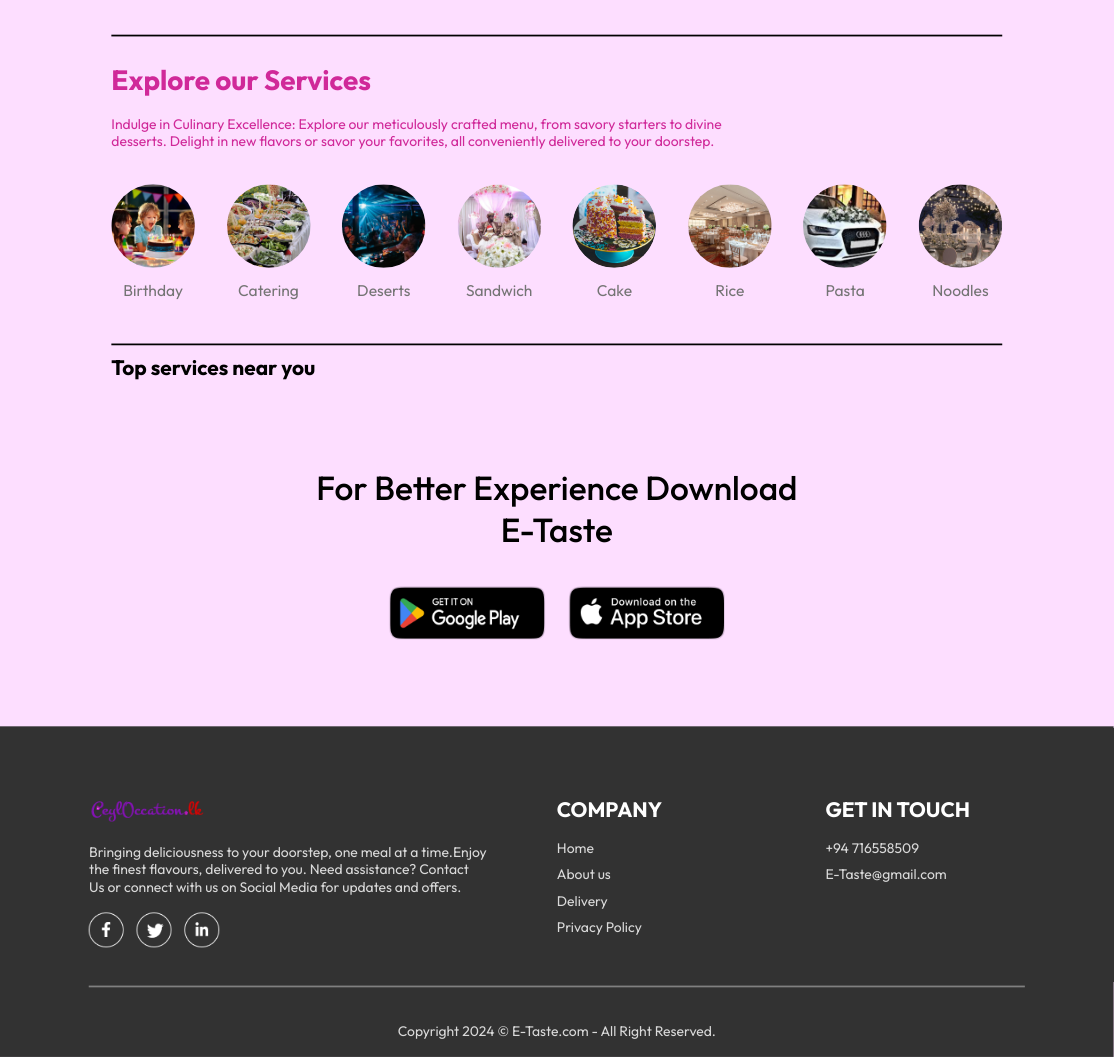
Repository: Abhiranda/Ceyloccation.lk
Page: / (app in frontend/)
These files come from the project's save history. The page is drawn as it stood at one moment and after the next save; the edit follows.
The browser window is 1280 px wide. The pictures show the part of the page from y = 624 to 1839 px (the page is 1839 px tall), at 87% of full size.
The page's requests for data from a server got no answer. The project was rebuilt for these pictures with package versions that can differ from the ones it lists, and the page was loaded fresh each time. No one was signed in, and anything a server would have sent is missing. Also part of the build but not shown: frontend/vite.config.js, frontend/src/pages/PlaceOrder/PlaceOrder.css, frontend/src/pages/PlaceOrder/PlaceOrder.jsx, frontend/src/components/ServiceDisplay/ServiceDisplay.css, frontend/src/components/ServiceItem/ServiceItem.css, frontend/src/components/ServiceItem/ServiceItem.jsx, frontend/src/pages/Cart/Cart.css, frontend/src/pages/Cart/Cart.jsx and 6 more.

Above is the page before, as saved 2024-06-07 13:58:50.

### frontend/index.html
<!doctype html>
<html lang="en">
  <head>
    <meta charset="UTF-8" />
    <link rel="icon" type="" href="./logo.png" />
    <meta name="viewport" content="width=device-width, initial-scale=1.0" />
    <title>Ceyloccation.lk</title>
  </head>
  <body>
    <div id="root"></div>
    <script type="module" src="/src/main.jsx"></script>
  </body>
</html>

### frontend/src/main.jsx
import React from 'react'
import ReactDOM from 'react-dom/client'
import App from './App.jsx'
import './index.css'
import {BrowserRouter}from 'react-router-dom'
import StoreContextProvider from './context/StoreContext.jsx'


ReactDOM.createRoot(document.getElementById('root')).render(
  <BrowserRouter>
    <StoreContextProvider>
      <App />
    </StoreContextProvider>
  </BrowserRouter>
)

### frontend/src/App.jsx
import React, { useState } from 'react'
import Navbar from './components/Navbar/Navbar'
import { Route, Routes } from 'react-router-dom'
import PlaceOrder from './pages/PlaceOrder/PlaceOrder'
import Home from './pages/Home/Home'
import Cart from './pages/Cart/Cart'
import Footer from './components/Footer/Footer'
import LoginPopup from './components/LoginPopup/LoginPopup'
import Verify from './pages/Verify/Verify'
import MyOrders from './pages/MyOrders/MyOrders'



const App = () => {

  const[showLogin,setShowLogin]=useState(false)

  return (
    <>
    {showLogin?<LoginPopup setShowLogin={setShowLogin}/>:<></>}
    <div className='app'>
      <Navbar setShowLogin={setShowLogin}/>
      <Routes>
        <Route path='/' element={<Home/>}/>
        <Route path='/cart' element={<Cart/>}/>
        <Route path='/order' element={<PlaceOrder/>}/>
        <Route path='/verify' element={<Verify/>}/>
        <Route path='/myorders' element={<MyOrders/>}/>


      </Routes>
    </div>
    <Footer/>
    </>
  )
}

export default App

### frontend/src/index.css
@import url('https://fonts.googleapis.com/css2?family=Outfit:wght@100..900&display=swap');

*{
  padding:0;
  margin:0;
  box-sizing: border-box;
  font-family: outfit;
  scroll-behavior: smooth;
}

body{
  min-height: 100vh;
  background-color: rgba(242, 0, 255, 0.129);
}

a{
  text-decoration: none;
  color: inherit;
}

.app{
  width: 80%;
  margin: auto;
}


/*creade fadein when refreshing the page*/
@keyframes fadeIn{
  0%{
    opacity: 0;
  }
  100%{
    opacity: 1;
  }
}

### frontend/src/context/StoreContext.jsx
import axios from "axios";
import { createContext, useEffect, useState } from "react";

export const StoreContext = createContext(null)

const StoreContextProvider = (props) => {

    const [cartItems, setCartItems] = useState({});
    const url = "http://localhost:4000";
    const [token,setToken] = useState("");
    const [service_list,setServiceList] = useState([])


    const addToCart = async (itemId) => {
        if (!cartItems[itemId]) {
            setCartItems((prev) => ({ ...prev, [itemId]: 1 }))
        }
        else {
            setCartItems((prev) => ({ ...prev, [itemId]: prev[itemId] + 1 }))
        }
        if (token) {
            await axios.post(url+"/api/cart/add",{itemId},{headers:{token}})
        }
    }

    const removeFromCart = async (itemId) => {
        setCartItems((prev) => ({ ...prev, [itemId]: prev[itemId] - 1 }));
        if (token) {
            await axios.post(url+"/api/cart/remove",{itemId},{headers:{token}})
        }

    }

    const getTotalCartAmount = () => {
        let totalAmount = 0;
        for (const item in cartItems) {
            if (cartItems[item] > 0) {
                let itemInfo = service_list.find((product) => product._id === item);
                totalAmount += itemInfo.price * cartItems[item];
            }

        }
        return totalAmount;
    }

    const fetchServiceList = async ()=>{
        const response = await axios.get(url+"/api/service/list")
        setServiceList(response.data.data)
    }

    const loadCartData = async (token)=>{
        const response = await axios.post(url+"/api/cart/get",{},{headers:{token}});
        setCartItems(response.data.cartData);
    }

    useEffect(()=>{
        async function loadData(){
            await fetchServiceList();
            if (localStorage.getItem("token")) {
                setToken(localStorage.getItem("token"));
                await loadCartData(localStorage.getItem("token"));
            }
        }
        loadData();
    },[])

    const contextValue = {
        service_list,
        cartItems,
        setCartItems,
        addToCart,
        removeFromCart,
        getTotalCartAmount,
        url,
        token,
        setToken
    }

    return (
        <StoreContext.Provider value={contextValue}>
            {props.children}
        </StoreContext.Provider>
    )

}

export default StoreContextProvider

### frontend/src/components/Navbar/Navbar.jsx
import React, { useContext, useState } from 'react'
import './Navbar.css'
import { assets } from '../../assets/assets'
import { Link, useNavigate } from 'react-router-dom';
import { StoreContext } from '../../context/StoreContext';

const Navbar = ({setShowLogin}) => {

    const[menu,setMenu]=useState("Home");

    const {getTotalCartAmount,token,setToken}=useContext(StoreContext);

    const navigate = useNavigate();

    const logout = () =>{
      localStorage.removeItem("token");
      setToken("");
      navigate("/")   //redirected to home page
    }

  return (
    <div className='navbar'>
      <Link to='/'><img src={assets.logo} alt="logo" className='logo'/></Link>
      <ul className='navbar-menu'>
        <Link to='/' onClick={()=>setMenu("Home")} className={menu==='Home'?'active':''}>Home</Link>
        <a href='#explore-menu' onClick={()=>setMenu("Menu")} className={menu==='Menu'?'active':''}>Services</a>
        <a href='#app-download' onClick={()=>setMenu("Mobile-app")} className={menu==='Mobile-app'?'active':''}>Mobile-app</a>
        <a href='#footer' onClick={()=>setMenu("About-us")} className={menu==='About-us'?'active':''}>About us</a>
      </ul>
      <div className='navbar-right'>
        <img src={assets.search_icon} alt="search_icon" />
        <div className='navbar-search-icon'>
            <Link to='/cart'><img src={assets.basket_icon} alt="basket_icon"/></Link>
            {/**count of basket items (Number of items in the cart) **/}
            <div className={getTotalCartAmount()===0?"":"dot"}></div>
        </div>
        {!token?<button onClick={()=>setShowLogin(true)}>Sign in</button>
        :<div className='navbar-profile'>
          <img src={assets.profile_icon} alt="" />
          <ul className="navbar-profile-dropdown">
            <li onClick={()=>navigate('/myorders')}><img src={assets.bag_icon} alt='bag_icon' /><p>Orders</p></li>
            <hr/>
            <li onClick={logout}><img src={assets.logout_icon} alt='logout_icon' /><p>Logout</p></li>

          </ul>
        </div>}

      </div>
    </div>
  )
}

export default Navbar

### frontend/src/pages/Home/Home.jsx
import React, { useState } from 'react'
import './Home.css'
import Header from '../../components/Header/Header'
import ExploreMenu from '../../components/ExploreMenu/ExploreMenu'
import ServiceDisplay from '../../components/ServiceDisplay/ServiceDisplay'
import AppDownload from '../../components/AppDownload/AppDownload'

const Home = () => {

  //create state variable
  const[category,setCategory]=useState("All");

  return (
    <div>
      <Header/>
      <ExploreMenu category={category} setCategory={setCategory}/>
      <ServiceDisplay category={category}/>
      <AppDownload/>
    </div>
  )
}

export default Home

### frontend/src/components/Footer/Footer.jsx
import React from 'react'
import './Footer.css'
import { assets } from '../../assets/assets'


const Footer = () => {
  return (
    <div className='footer' id='footer'>
        <div className="footer-content">
            <div className="footer-content-left">
                <img src={assets.logo} alt=''/>
                <p>Bringing deliciousness to your doorstep, one meal at a time.Enjoy the finest flavours, delivered to you. Need assistance? Contact Us or connect with us on Social Media for updates and offers.</p>
                <div className="footer-social-icons">
                    <img src={assets.facebook_icon} alt=''/>
                    <img src={assets.twitter_icon} alt=''/>
                    <img src={assets.linkedin_icon} alt=''/>
                </div>
            </div>
            <div className="footer-content-center">
                <h2>COMPANY</h2>
                <ul>
                    <li>Home</li>
                    <li>About us</li>
                    <li>Delivery</li>
                    <li>Privacy Policy</li>
                </ul>
            </div>
            <div className="footer-content-right">
                <h2>GET IN TOUCH</h2>
                <ul>
                    <li>+94 716558509</li>
                    <li>E-Taste@gmail.com</li>
                </ul>
            </div>

        </div>
        <hr/>
        <p className="footer-copyright">Copyright 2024 © E-Taste.com - All Right Reserved.</p>
    </div>
  )
}

export default Footer

### frontend/src/components/Navbar/Navbar.css
.navbar{
    padding: 20px 40px;
    display: flex;
    justify-content: space-between;
    align-items: center;
}

.navbar.logo{
    width: 170px;
    height: 34px;

}

.navbar-menu{
    display: flex;
    list-style: none;
    gap: 20px;
    color: #1154A5;
    font-size: 18px;
    align-items: center;
}

.navbar-right{
    display: flex;
    align-items: center;
    gap: 40px;
}

.navbar button{
    background-color: transparent;
    font-size: 16px;
    color: #1154A5;
    border:1px solid #1154A5 ;
    padding: 10px 30px;
    border-radius: 50px;
    cursor: pointer;
}

.navbar button:hover{
    background-color:#948EE8;
    color: rgb(0, 0, 0);
}

.navbar .active{
    padding-bottom: 2px;
    border-bottom: 4px solid #C0268D;
    color: #000000;
}

.navbar li{
    cursor: pointer;
}

.navbar-search-icon{
    position: relative;
}

.navbar-search-icon .dot{
    position: absolute;
    min-width: 10px;
    min-height: 10px;
    background-color: rgb(189, 0, 158);
    border-radius: 5px;
    top: -8px;
    right: -8px;
}

.navbar-profile{
   position: relative;
}

.navbar-profile-dropdown{
    position: absolute;
    display: none;
    right: 0;
    z-index: 1;
}

.navbar-profile:hover .navbar-profile-dropdown{
    display: flex;
    flex-direction: column;
    gap: 10px;
    background-color: #fff2ef;
    padding: 12px 25px;
    border-radius: 4px;
    border: 1px solid #2d24b1;
    outline: 2px solid white;
    list-style: none;

}

.navbar-profile-dropdown li{
    display: flex;
    align-items: center;
    gap: 10px;
    cursor: pointer;
}

.navbar-profile-dropdown img{
    width: 20px;
}

.navbar-profile-dropdown li:hover{
   color: #2d24b1;
}

@media(max-width:1050px){
    .navbar .logo{
        width: 140px;
    }
    .navbar-menu{
        gap:20px;
        font-size: 17px;
    }
    .navbar-right{
        gap: 30px;
    }
    .navbar-right img{
        width: 22px;
    }
    .navbar-right button{
        pad: 8px 25px;
    }
}

@media(max-width:900px){
    .navbar .logo{
        width: 120px;
    }
    .navbar-menu{
        gap:15px;
        font-size: 16px;
    }
    .navbar-right{
        gap: 20px;
    }
    .navbar-right img{
        width: 20px;
    }
    .navbar-right button{
        pad: 7px 20px;
        font-size: 15px;
    }
}

@media(max-width:750px){

    .navbar-menu{
        display: none;
    }
}

### frontend/src/components/Header/Header.jsx
import React from 'react';
import Slideshow from './Slideshow';
import './Header.css';

const Header = () => {
  return (
    <div className='header'>
      <Slideshow />
      <div className="header-contents">
        <h2>Celebrate Life's Moments with Ease!</h2>
        <p>Life's Occasions Made Effortless: Celebrate Every Moment with Ease!</p>
        <button>Join Us....</button>
      </div>
    </div>
  );
}

export default Header;

### frontend/src/components/ExploreMenu/ExploreMenu.jsx
import React from 'react'
import './ExploreMenu.css'
import { menu_list } from '../../assets/assets'

const ExploreMenu = ({category,setCategory}) => {
  return (
    <div className='explore-menu' id='explore-menu'>
      <hr/>
        <h1>Explore our Services</h1>
        <p className='explore-menu-text'>Indulge in Culinary Excellence: Explore our meticulously crafted menu, from savory starters to divine desserts. Delight in new flavors or savor your favorites, all conveniently delivered to your doorstep.</p>
        <div className='explore-menu-list'>
            {menu_list.map((item,index)=>{
                return(
                    <div onClick={()=>setCategory(prev=>prev===item.menu_name?"All":item.menu_name)} key={index} className='explore-menu-list-item'>
                        <img className={category===item.menu_name?"active":""} src={item.menu_image} alt='' />
                        <p>{item.menu_name}</p>
                        </div>
                )
            })}
        </div>
        <hr/>
    </div>
  )
}

export default ExploreMenu

### frontend/src/components/ServiceDisplay/ServiceDisplay.jsx
import React, { useContext } from 'react'
import './ServiceDisplay.css'
import { StoreContext } from '../../context/StoreContext'
import ServiceItem from '../ServiceItem/ServiceItem'

const ServiceDisplay = ({category}) => {
    const{service_list}=useContext(StoreContext)
  return (
    <div className='service-display' id='service-display'>
      <h2>Top services near you</h2>
      <div className="service-display-list">
        {service_list.map((item,index)=>{
            if(category==="All" || category===item.category){
                return <ServiceItem key={index} id={item._id} name={item.name} description={item.description} price={item.price} image={item.image} />
            }

        })}
      </div>
    </div>
  )
}

export default ServiceDisplay

### frontend/src/components/AppDownload/AppDownload.jsx
import React from 'react'
import './AppDownload.css'
import { assets } from '../../assets/assets'

const AppDownload = () => {
  return (
    <div className='app-download' id='app-download'>
      <p>For Better Experience Download<br/>E-Taste</p>
      <div className="app-download-platforms">
        <img src={assets.play_store} alt=''/>
        <img src={assets.app_store} alt=''/>
      </div>
    </div>
  )
}

export default AppDownload

### frontend/src/components/Footer/Footer.css

.footer{
    color: #d9d9d9;
    background-color: #323232;
    display: flex;
    flex-direction: column;
    align-items: center;
    gap: 20px;
    padding: 20px 8vw;
    padding-top: 80px;
    margin-top: 100px;
}

.footer-content{
    width: 100%;
    display: grid;
    grid-template-columns: 2fr 1fr 1fr;
    gap: 80px;
}

.footer-content-left,.footer-content-right,.footer-content-center{
    display: flex;
    flex-direction: column;
    align-items: start;
    gap: 20px;
}

.footer-content-left li,.footer-content-right li,.footer-content-center li{
    list-style: none;
    margin-bottom: 10px;
    cursor: pointer;
}

.footer-content-right h2,.footer-content-center h2{
    color: white;
}

.footer-social-icons img{
    width: 40px;
    margin-right: 15px;
}

.footer hr{
    width: 100%;
    height: 2px;
    margin: 20px 0;
    background-color: grey;
    border: none;
}

@media(max-width:750px){
    .footer-content{
        display: flex;
        flex-direction: column;
        gap: 35px;
    }

    .footer-copyright{
        text-align: center;

    }


}

### frontend/src/components/Header/Slideshow.jsx
import React, { useState, useEffect } from 'react';
import './Slideshow.css'; // Make sure you're importing Slideshow.css

const Slideshow = () => {
  const [currentSlide, setCurrentSlide] = useState(0);
  const slides = [
    './head1.png',
    './head2.png',
    './head3.png'
  ];

  useEffect(() => {
    const interval = setInterval(() => {
      setCurrentSlide(prevSlide => (prevSlide + 1) % slides.length);
    }, 2000);

    return () => clearInterval(interval);
  }, []);

  return (
    <div className="slideshow-container">
      {slides.map((slide, index) => (
        <div
          key={index}
          className={`slide ${index === currentSlide ? 'active' : ''}`}
          style={{ backgroundImage: `url(${slide})` }}
        ></div>
      ))}
    </div>
  );
}

export default Slideshow;

### frontend/src/components/Header/Header.css
.header {
    height: 40vw;
    width: 100%;
    margin: 30px auto;
    background: url('./head1.png') no-repeat;
    background-size: cover;
    position: relative;
    border-radius: 40px;
  }

  .header-contents {
    position: absolute;
    display: flex;
    flex-direction: column;
    align-items: start;
    gap: 1.5vw;
    max-width: 60%;
    bottom: 10%;
    left: 7vw;
    animation: fadeIn 3s;
  }

  .header-contents h2 {
    font-weight: 400;
    color: white;
    font-size: max(4.0vw,22px);
  }

  .header-contents p {
    color: white;
    font-size: 1.5vw;
  }

  .header-contents button {
    border: none;
    color: #ffffff;
    font-weight: 600;
    padding: 1vw 2.3vw;
    background-color: rgba(197, 121, 218, 0.589);
    font-size: max(1vw,13px);
    border-radius: 20px;
  }

  @media (max-width: 1050px) {
    .header-contents {
      max-width: 45%;
    }
  }

  @media (max-width: 750px) {
    .header-contents {
      max-width: 65%;
    }
    .header-contents p {
      display: none;
    }
    .header-contents button {
      padding: 2vw 4vw;
    }
  }

### frontend/src/components/ExploreMenu/ExploreMenu.css

.explore-menu{
    display: flex;
    flex-direction: column;
    gap: 20px;
}

.explore-menu{
    color: #d02999;
    font-weight: 400px;
}

.explore-menu-text{
    max-width: 75%;
    columns: #808080;
}

.explore-menu-list{
    display: flex;
    justify-content: space-between;
    align-items: center;
    gap: 30px;
    text-align: center;
    margin: 20px 0px;
    overflow: scroll;
}

/*Hide scroll bar*/
.explore-menu-list::-webkit-scrollbar{
    display: none;
}

.explore-menu-list-item img{
    width: 7.5vw;
    min-width: 80px;
    cursor: pointer;
    border-radius: 100%;
    transition: 0.2s;
}

.explore-menu-list-item p{
    margin-top: 10px;
    color: #747474;
    font-size: max(1.4vw,16px);
    cursor: pointer;
    transition: 0.2s;
}

.explore-menu hr{
    margin: 10px 0px;
    height: 2px;
    background-color: #000000;
    border: none;
}

.explore-menu-list-item .active{
    border: 4px solid tomato;
    padding: 2px;
}


.explore-menu-list-item:hover{
    transform: scale(1.05);
}

@media(max-width:1050px){
    .explore-menu-text{
        max-width: 100%;
         font-size: 14px;
    }
}

### frontend/src/components/AppDownload/AppDownload.css

.app-download{
    margin: auto auto;
    margin-top: 100px;
    font-size: max(3vw,20px);
    text-align: center;
    font-weight: 500;
}

.app-download-platforms{
    display: flex;
    justify-content: center;
    gap: max(2vw,10px);
    margin-top: 40px;
}

.app-download-platforms img{
    width: max(30vw,120px);
    max-width: 180px;
    transition: 0.5s;
    cursor: pointer;
}

.app-download-platforms img:hover{
    transform: scale(1.05);
}

### frontend/src/components/Header/Slideshow.css
.slideshow-container {
    position: relative;
    max-width: 100%;
    overflow: hidden;
  }

  .slide {
    display: none;
    width: 100%;
    height: 40vw;
    background-size: cover;
    background-position: center;
  }

  .slide.active {
    display: block;
    animation: fade 1.5s;
  }

  @keyframes fade {
    from { opacity: 0; }
    to { opacity: 1; }
  }

Loaded but not shown: frontend/src/assets/assets.js (350 lines, source omitted); frontend/src/pages/Home/Home.css (no stored copy; drawn as an empty file)

After the next save:
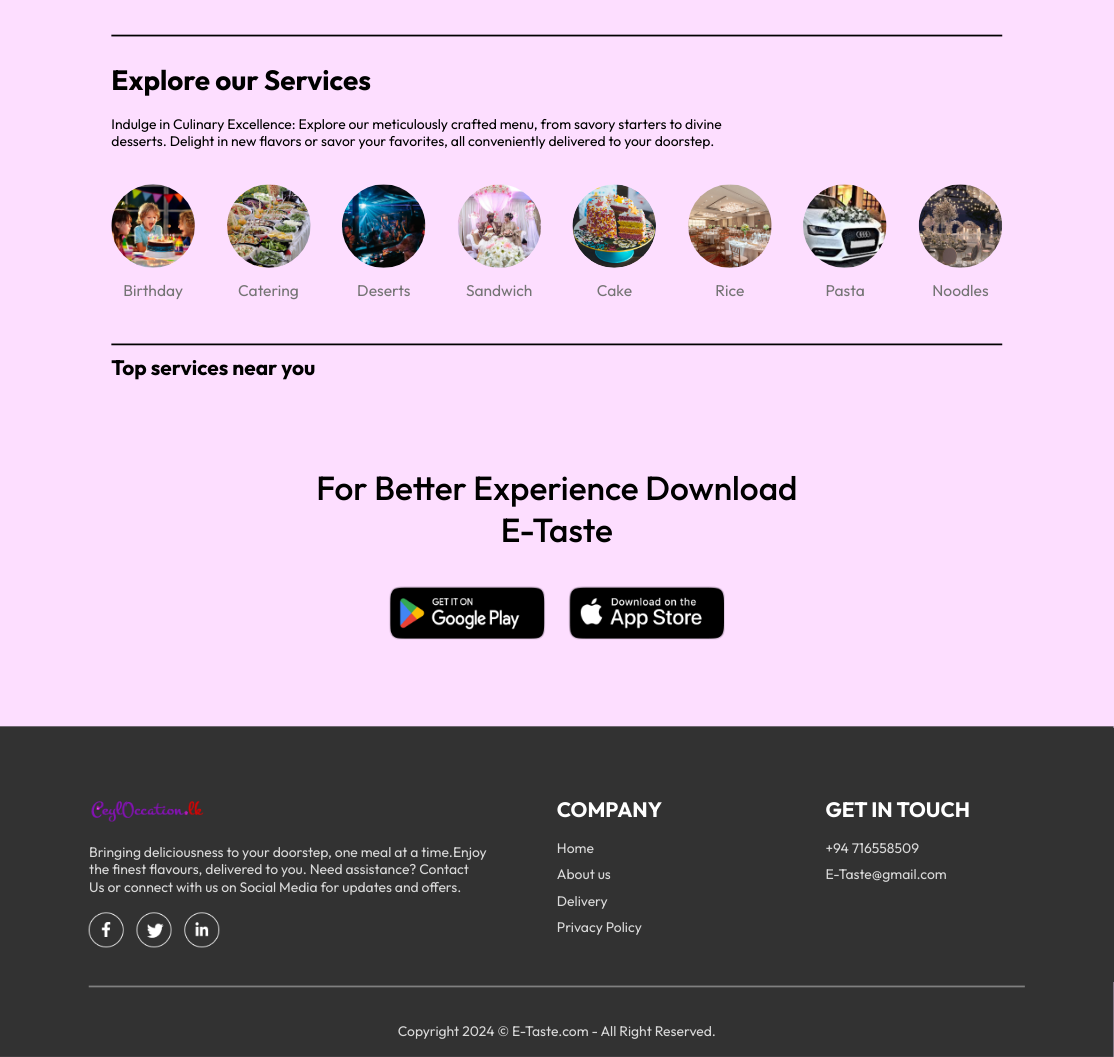
Saved 13 s later.
--- a/frontend/src/components/ExploreMenu/ExploreMenu.css
+++ b/frontend/src/components/ExploreMenu/ExploreMenu.css
@@ -6,7 +6,7 @@
 }
 
 .explore-menu{
-    color: #d02999;
+    color: #000000;
     font-weight: 400px;
 }
 
